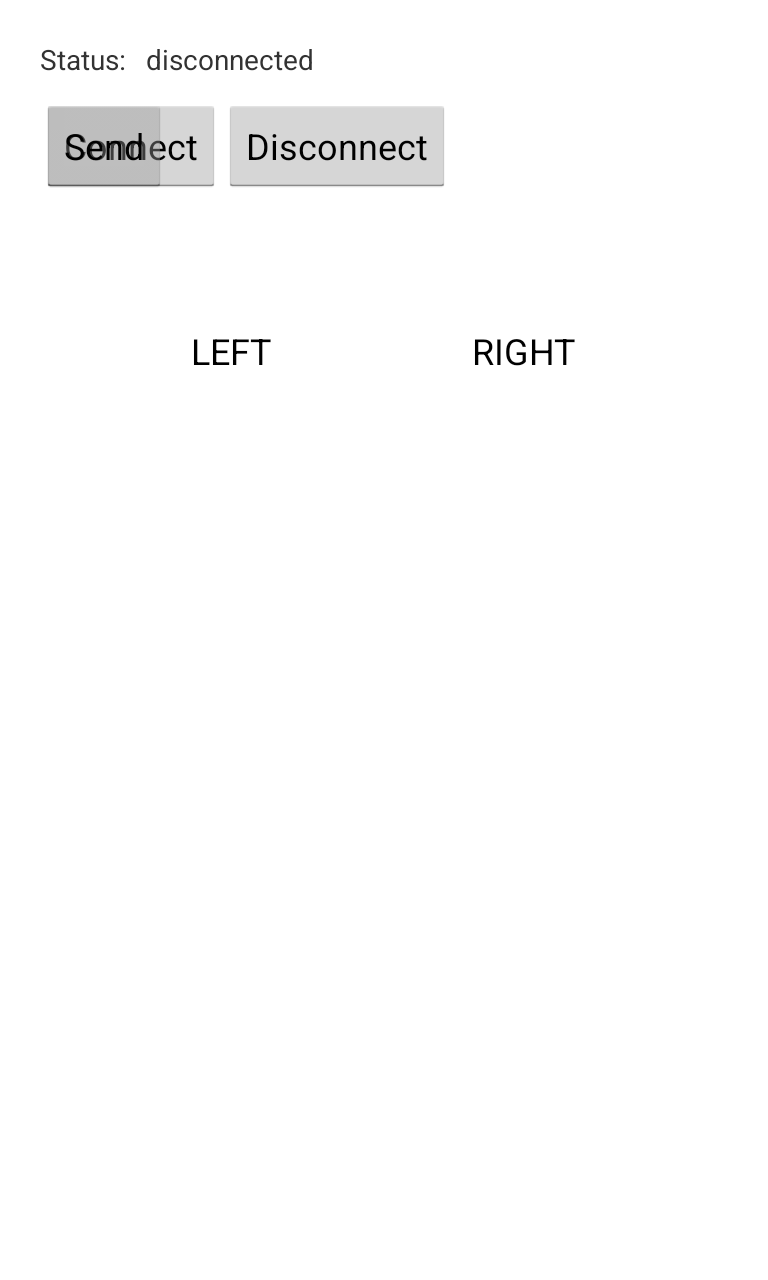
Repository: bigw00d/BleSampleRep
Layout: Android/BleSample2/res/layout/activity_main.xml
The author's editor kept a copy of each file at every save. The layout is drawn from the files as they stood at one save, then again after the next save.
It is drawn on a 768 x 1280 px phone screen (xhdpi) without system bars, with theme AppTheme; the app's code is not run.

Above is the layout before, as saved 2015-08-13 04:32:54.

### Android/BleSample2/res/layout/activity_main.xml
<?xml version="1.0" encoding="utf-8"?>
<RelativeLayout xmlns:android="http://schemas.android.com/apk/res/android"
              android:layout_width="match_parent"
              android:layout_height="match_parent"
              android:padding="20dp">

    <TextView
            android:layout_width="wrap_content"
            android:layout_height="wrap_content"
            android:text="Status:"
            android:layout_alignParentLeft="true"
            android:layout_marginLeft="0dp"
            android:layout_alignParentTop="true"
            android:layout_marginTop="0dp"
            android:id="@+id/textView"/>

    <TextView
            android:layout_width="wrap_content"
            android:layout_height="wrap_content"
            android:text="disconnected"
            android:id="@+id/text_status"
            android:layout_alignParentTop="true"
            android:layout_toRightOf="@+id/textView"
            android:layout_marginLeft="10dp"/>

    <Button
            android:layout_width="wrap_content"
            android:layout_height="wrap_content"
            android:text="Connect"
            android:id="@+id/btn_connect"
            android:layout_marginTop="10dp"
            android:layout_below="@id/textView"
            android:layout_alignLeft="@id/textView"/>

    <Button
            android:layout_width="wrap_content"
            android:layout_height="wrap_content"
            android:text="Disconnect"
            android:id="@+id/btn_disconnect"
            android:layout_alignTop="@+id/btn_connect"
            android:layout_toRightOf="@id/btn_connect"/>

    <Button
            android:layout_width="wrap_content"
            android:layout_height="wrap_content"
            android:text="Send"
            android:id="@+id/btn_send"
            android:layout_marginTop="10dp"
            android:layout_below="@id/textView"
            android:layout_alignLeft="@id/textView"/>

<LinearLayout
            android:layout_width="wrap_content"
            android:layout_height="wrap_content"
            android:layout_below="@+id/btn_connect"
            android:layout_centerHorizontal="true"
            android:layout_marginTop="46dp">

        <TextView
                android:layout_width="wrap_content"
                android:layout_height="wrap_content"
                android:textAppearance="?android:attr/textAppearanceMedium"
                android:text="LEFT"
                android:id="@+id/left"
                android:layout_gravity="center"
                android:padding="20dp"/>

        <View android:layout_width="60dp"
              android:layout_height="match_parent"/>

        <TextView
                android:layout_width="wrap_content"
                android:layout_height="wrap_content"
                android:textAppearance="?android:attr/textAppearanceMedium"
                android:text="RIGHT"
                android:id="@+id/right"
                android:layout_gravity="center"
                android:padding="20dp"/>
    </LinearLayout>
</RelativeLayout>

Loaded but not shown: Android/BleSample2/res/values/styles.xml (common file); Android/BleSample2/res/values-v11/styles.xml (common file); Android/BleSample2/res/values-v14/styles.xml (common file)

After the next save:
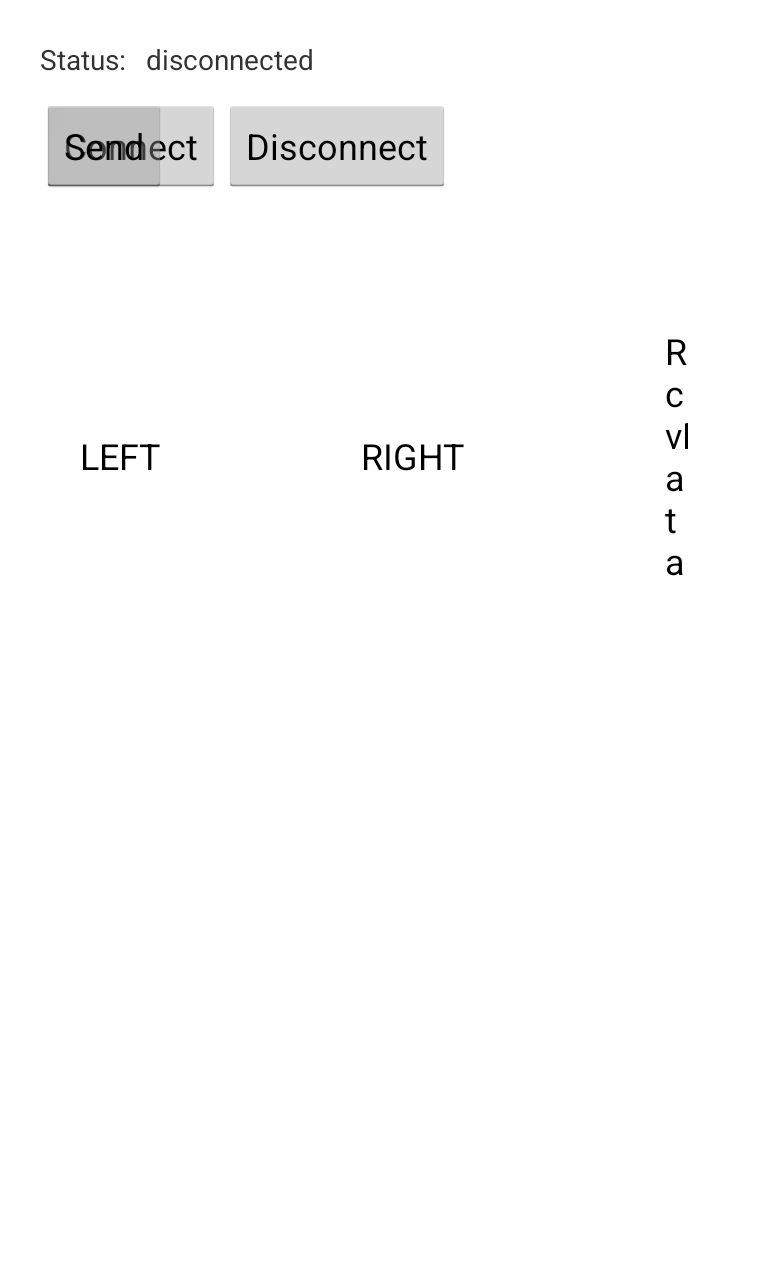
Saved 97 s later.
--- a/Android/BleSample2/res/layout/activity_main.xml
+++ b/Android/BleSample2/res/layout/activity_main.xml
@@ -76,5 +76,17 @@
                 android:id="@+id/right"
                 android:layout_gravity="center"
                 android:padding="20dp"/>
-    </LinearLayout>
+
+        <View android:layout_width="60dp"
+              android:layout_height="match_parent"/>
+
+        <TextView
+                android:layout_width="wrap_content"
+                android:layout_height="wrap_content"
+                android:textAppearance="?android:attr/textAppearanceMedium"
+                android:text="RcvData"
+                android:id="@+id/rdv_data"
+                android:layout_gravity="center"
+                android:padding="20dp"/>
+        </LinearLayout>
 </RelativeLayout>
